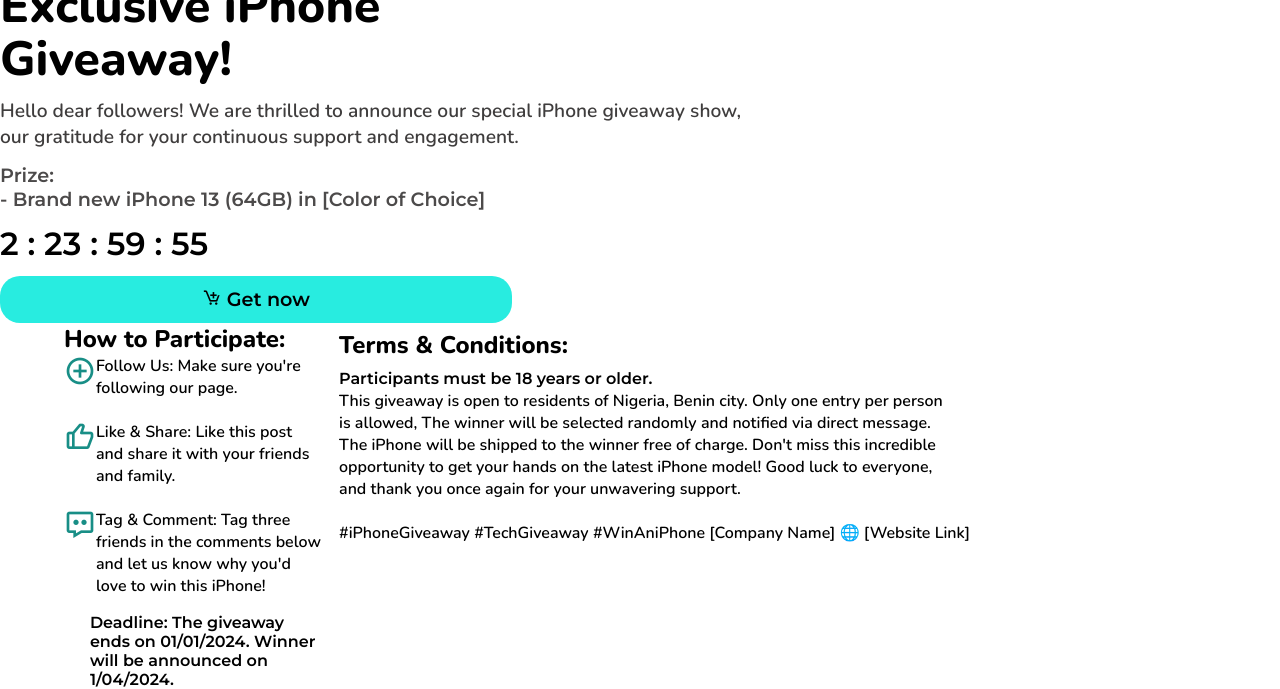
Repository: pasafista/freebie-iphone-webpage
Page: index.html
An editor plug-in stored every save of this project. The page is shown before and after a run of saves, followed by the edit.
The browser window is 1280 px wide. The pictures show the part of the page from y = 792 to 1481 px (the page is 1481 px tall).
A picture or video elsewhere on the page could not be fetched, so the positions and the page height are approximate.

Above is the page before, as saved 2024-01-02 00:42:38.

### index.html
<!DOCTYPE html>
<html lang="en">
  <head>
    <meta charset="UTF-8" />
    <title>Three-Day Timer</title>
    <link
      href="https://unpkg.com/boxicons@2.1.4/css/boxicons.min.css"
      rel="stylesheet"
    />
    <link rel="preconnect" href="https://fonts.googleapis.com" />
    <link rel="preconnect" href="https://fonts.gstatic.com" crossorigin />
    <link
      href="https://fonts.googleapis.com/css2?family=Montserrat:wght@600&family=Nunito:wght@600;800&display=swap"
      rel="stylesheet"
    />
    <link rel="stylesheet" href="style.css" />
    <script src="script.js"></script>
  </head>
  <body>
    <section class="main">

      <div class="hero-image-container">
        <img
          src="https://i.pinimg.com/474x/2d/cf/68/2dcf689ceba46c826341fbc847af2764.jpg"
          class="hero-image"
        />
      </div>

      <div class="hero-txt">
        <h1>Exclusive <span class="h1">iPhone</span> <br />Giveaway!</h1>
        <div class="top">
          Hello dear followers! We are thrilled to announce our special iPhone
          giveaway show,
          <br />
          our gratitude for your continuous support and engagement.
        </div>
        <div class="bottom">
          Prize:<br />- Brand new iPhone 13 (64GB) in [Color of Choice]
        </div>
        <div class="timer" id="timer">
          <span class="days">3</span> : <span class="hours">00</span> :
          <span class="minutes">00</span> :
          <span class="seconds">00</span>
        </div>

        <button><i class="bx bx-cart-add"></i> Get now</button>
      </div>

    </section>
    <section class="foot">
      <div class="Participate">
        <h1>How to Participate:</h1>
        <ul>
          <li>
            <i class="bx bx-plus-circle"></i> Follow Us: Make sure you're
            following our page.
          </li>
          <br />
          <li>
            <i class="bx bx-like"></i> Like & Share: Like this post and share it
            with your friends and family.
          </li>
          <br />
          <li>
            <i class="bx bx-message-dots"></i>Tag & Comment: Tag three friends
            in the comments below and let us know why you'd love to win this
            iPhone!
          </li>
        </ul>
        <div class="info2">
          <!-- The content will be dynamically updated by JavaScript -->
        </div>
      </div>
      <div class="TC">
        <h1>Terms & Conditions:</h1>
        <p class="para">
          <span class="tiny"> Participants must be 18 years or older. </span
          ><br />
        </p>
        <div class="para-block">
          This giveaway is open to residents of Nigeria, Benin city. Only one
          entry per person is allowed, The winner will be selected randomly and
          notified via direct message. The iPhone will be shipped to the winner
          free of charge. Don't miss this incredible opportunity to get your
          hands on the latest iPhone model! Good luck to everyone, and thank you
          once again for your unwavering support.
        </div>
        <br />
        #iPhoneGiveaway #TechGiveaway #WinAniPhone [Company Name] 🌐 [Website
        Link]
      </div>
    </section>
  </body>
</html>

### style.css
* {
  margin: 0;
  padding: 0;
  box-sizing: border-box;
}

.main {
  display: flex;
  flex-direction: row-reverse;
  align-items: center;
  margin: auto;
}

.hero-image-container {
  width: 40%;
} /* this is a div class name for the hero image, i used this to create a flexbox */

.hero-image {
  width: 100%;
} /*this is the hero image, it is set to 100% so that the image will occupy the space available in the hero image container*/

.hero-txt {
  width: 50%;
  display: flex;
  flex-direction: column;
  justify-content: center;
  align-items: left;
  gap: 0.8em;
}

.hero-txt h1 {
  font-size: 3rem;
  font-family: "Nunito", sans-serif;
  line-height: 1.1em;
}

.h1:hover {
  color: #28ece0;
  cursor: pointer;
}

.top {
  font-size: 1.2rem;
  font-family: "Nunito", sans-serif;
  color: rgb(63, 61, 61);
}

.bottom {
  font-size: 1.2rem;
  font-family: "Montserrat", sans-serif !important;
  color: rgb(76, 74, 74);
}

button {
  width: 40%;
  padding: 0.6em 0.01em;
  font-size: 1.2em;
  border-radius: 20px;
  font-family: "Montserrat", sans-serif !important;
  border: none;
  outline: none;
  background-color: #28ece0;
}

button:hover {
  cursor: pointer;
  box-shadow: 5px 5px 0px 2px #082f2d;
}

.timer {
  font-family: "Montserrat", sans-serif !important;
  font-size: 2rem;
}

.foot {
  display: flex;
  width: 90%;
  margin: auto;
  gap: 1em;
}

.Participate {
  font-family: "Nunito", sans-serif;
  display: flex;
  flex-direction: column;
}

.info2 {
  margin-top: 1em;
  font-family: "Montserrat", sans-serif !important;
  width: 90%;
  align-self: flex-end;
}

ul li {
  display: flex;
  font-weight: 600;
}

li i {
  color: #188e86;
  font-size: 2rem;
}

.TC h1 {
  font-family: "Nunito", sans-serif;
  margin-bottom: 0.3em;
}

.tiny {
  font-size: 1rem;
  font-family: "Montserrat", sans-serif;
}

.para-block {
  font-size: 1rem;
  width: 70%;
}

.TC {
  margin-top: 0.4em;
  font-family: "Nunito", sans-serif;
}

@media screen and (max-width:320px), (min-width:480px) {
    .main{
display: flex;
flex-direction: column;

    }

    .hero-image-container{
        width: 80%;
    }

    .hero-image{
        width: 100%;
    }

    .hero-txt{
        width: 100%;
    }

    .hero-txt
}

### script.js
document.addEventListener('DOMContentLoaded', function() {
    var deadline = new Date();
    deadline.setDate(deadline.getDate() + 3); // Set deadline 3 days from now

    function getTimeRemaining(endtime) {
        var total = Date.parse(endtime) - Date.parse(new Date());
        var seconds = Math.floor((total / 1000) % 60);
        var minutes = Math.floor((total / 1000 / 60) % 60);
        var hours = Math.floor((total / (1000 * 60 * 60)) % 24);
        var days = Math.floor(total / (1000 * 60 * 60 * 24));
        return {
            total,
            days,
            hours,
            minutes,
            seconds
        };
    }

    function initializeClock(id, endtime) {
        var clock = document.getElementById(id);
        var daysSpan = clock.querySelector('.days');
        var hoursSpan = clock.querySelector('.hours');
        var minutesSpan = clock.querySelector('.minutes');
        var secondsSpan = clock.querySelector('.seconds');

        function updateClock() {
            var t = getTimeRemaining(endtime);

            daysSpan.innerHTML = t.days;
            hoursSpan.innerHTML = ('0' + t.hours).slice(-2);
            minutesSpan.innerHTML = ('0' + t.minutes).slice(-2);
            secondsSpan.innerHTML = ('0' + t.seconds).slice(-2);

            if (t.total <= 0) {
                clearInterval(timeinterval);
            }
        }

        updateClock();
        var timeinterval = setInterval(updateClock, 1000);
    }

    initializeClock('timer', deadline);

    // Display today's date and the date 3 days from now
    var today = new Date();
    var dd = String(today.getDate()).padStart(2, '0');
    var mm = String(today.getMonth() + 1).padStart(2, '0'); // January is 0!
    var yyyy = today.getFullYear();
    var threeDaysFromNow = new Date(today);
    threeDaysFromNow.setDate(today.getDate() + 3);

    today = mm + '/' + dd + '/' + yyyy;
    threeDaysFromNow = (threeDaysFromNow.getMonth() + 1) + '/' + String(threeDaysFromNow.getDate()).padStart(2, '0') + '/' + threeDaysFromNow.getFullYear();

    // Update the content of the info2 div
    var info2Div = document.querySelector('.info2');
    info2Div.innerHTML = "Deadline: The giveaway ends on " + today + ". Winner will be announced on " + threeDaysFromNow + ".";
});

After the next 5 saves:
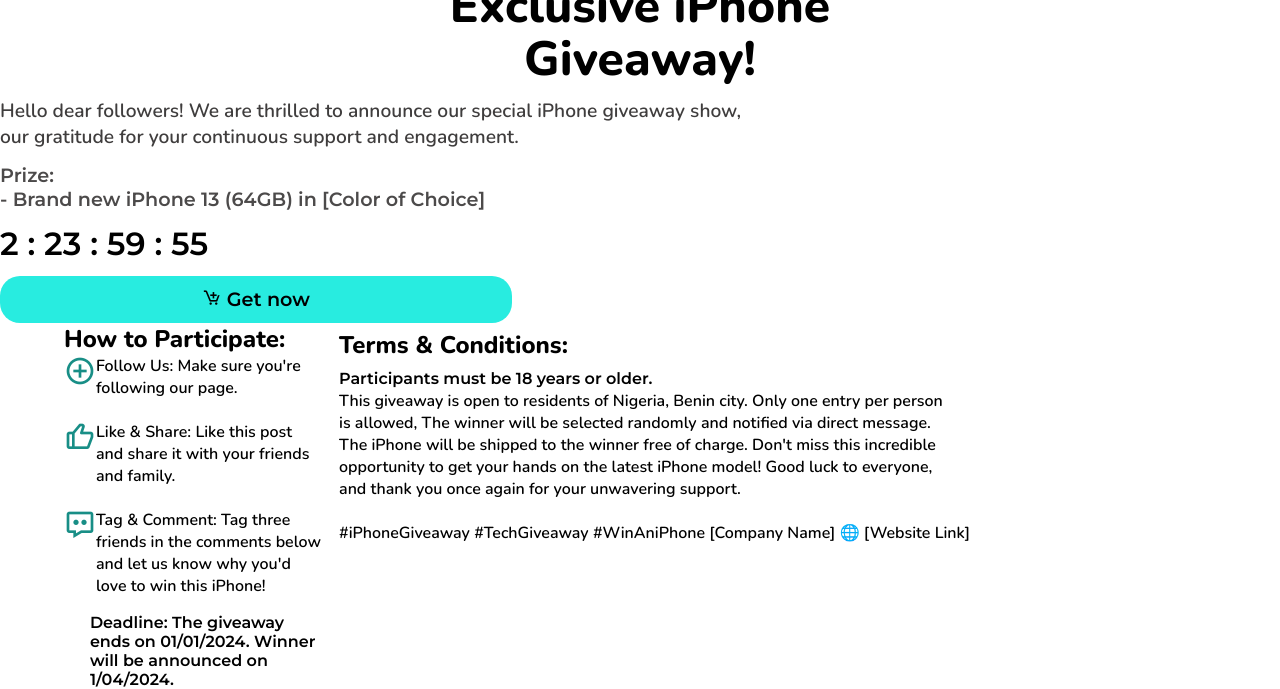
The 5 saves are shown as one change because they came seconds apart.
The last was saved 10 s later.
--- a/style.css
+++ b/style.css
@@ -141,5 +141,7 @@
         width: 100%;
     }
 
-    .hero-txt
+    .hero-txt h1{
+        text-align: center;
+    }
 }
